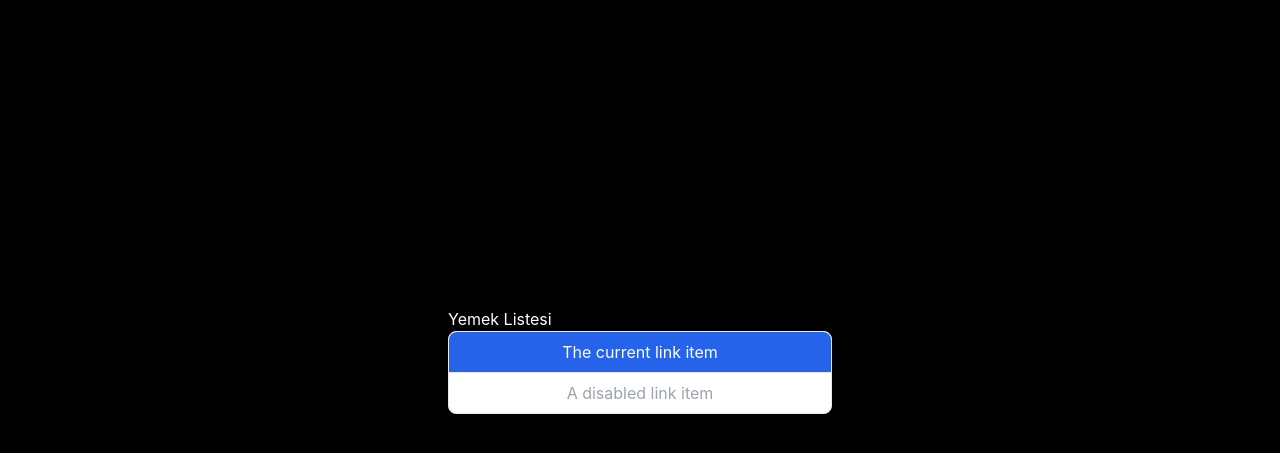
Repository: muratyildiz63/Composition-API-Nedir-todo-list
Page: /
The author's editor kept a copy of each file at every save. The page is drawn from the files as they stood at one save, then again after the next save.
The browser window is 1280 px wide. The pictures show the whole page.
The project was rebuilt for these pictures with package versions that can differ from the ones it lists, and the page was loaded fresh each time. Also part of the build but not shown: vite.config.js.

Above is the page before, as saved 2022-08-15 18:46:32.

### src/main.js
import { createApp } from 'vue'
import './style.css'
import App from './App.vue'
import './index.css'

createApp(App).mount('#app')

### src/App.vue
<template>
  <div class="w-full h-full text-white">
    <h3 class="w-full flex">Yemek Listesi</h3>

    <div class="flex justify-center">
      <div
        class="bg-white rounded-lg border border-gray-200 w-96 text-gray-900"
      >
        <div
          aria-current="true"
          class="
            block
            px-6
            py-2
            border-b border-gray-200
            w-full
            rounded-t-lg
            bg-blue-600
            text-white
            cursor-pointer
          "
        >
          The current link item
        </div>

        <div
          class="
            block
            px-6
            py-2
            border-gray-200
            w-full
            rounded-b-lg
            focus:outline-none focus:ring-0
            text-gray-400
            cursor-default
          "
        >
          A disabled link item
        </div>
      </div>
    </div>
  </div>
</template>

### src/index.css
@tailwind base;
@tailwind components;
@tailwind utilities;
body {
    background-color: rgb(0, 0, 0);
}

### tailwind.config.cjs
module.exports = {
    content: [
        "./index.html",
        "./src/**/*.{vue,js,ts,jsx,tsx}",
    ],
    theme: {
        extend: {},
    },
    plugins: [],
}

Loaded but not shown: index.html (common file); src/style.css (common file)

After the next save:
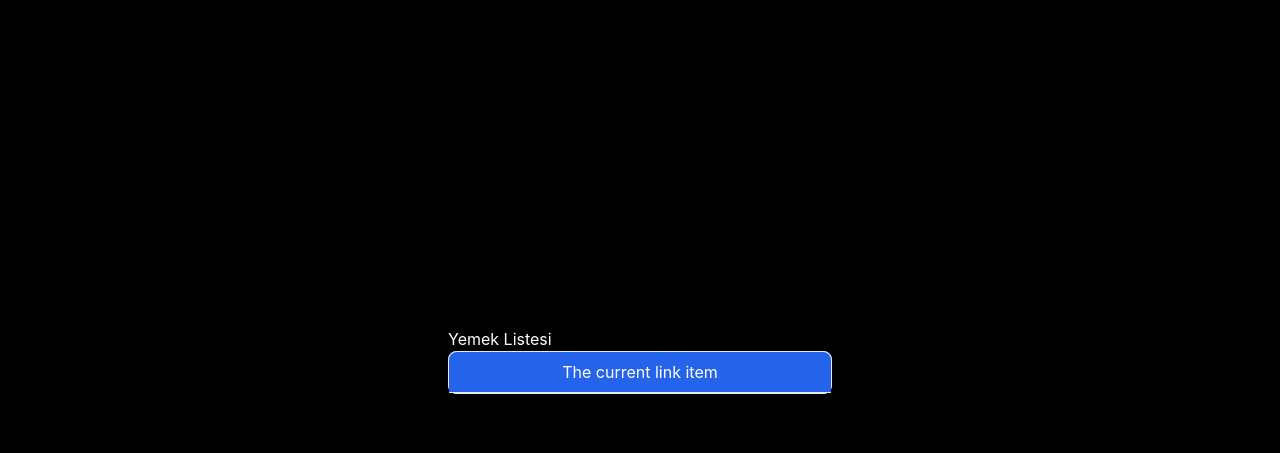
Saved 11 s later.
--- a/src/App.vue
+++ b/src/App.vue
@@ -23,21 +23,7 @@
           The current link item
         </div>
 
-        <div
-          class="
-            block
-            px-6
-            py-2
-            border-gray-200
-            w-full
-            rounded-b-lg
-            focus:outline-none focus:ring-0
-            text-gray-400
-            cursor-default
-          "
-        >
-          A disabled link item
-        </div>
+
       </div>
     </div>
   </div>
